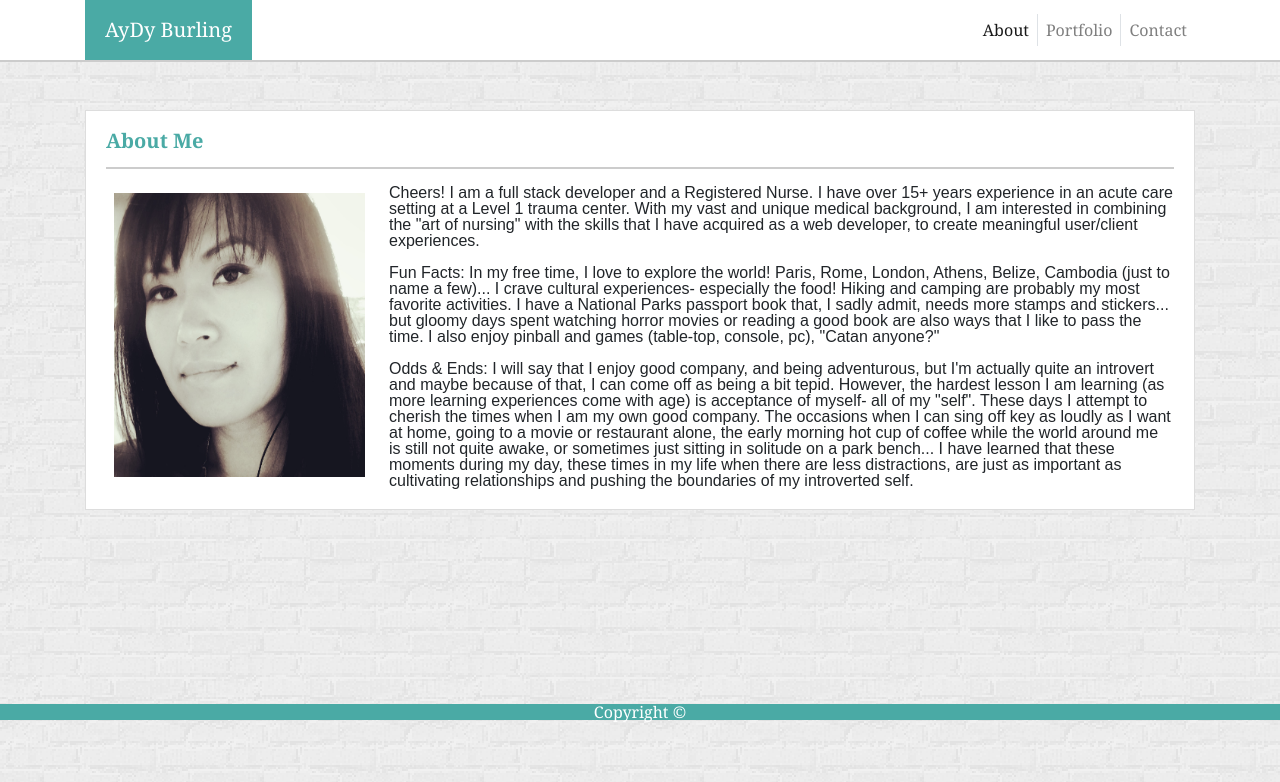
Repository: Dee1985/AyDy-Burling-prework
Page: Module-1_Assessment/index.html
The author's editor kept a copy of each file at every save. The page is drawn from the files as they stood at one save, then again after the next save.
The browser window is 1280 px wide. The pictures show the whole page.

Above is the page before, as saved 2020-05-22 22:23:15.

### Module-1_Assessment/index.html
<!DOCTYPE html>
<html lang="en">
	<head>
		<meta charset="UTF-8" />
		<meta name="viewport" content="width=device-width, initial-scale=1.0" />
		<meta http-equiv="X-UA-Compatible" content="ie=edge" />
		<title>About</title>

		<link
			rel="stylesheet"
			href="https://stackpath.bootstrapcdn.com/bootstrap/4.3.1/css/bootstrap.min.css"
			integrity="sha384-ggOyR0iXCbMQv3Xipma34MD+dH/1fQ784/j6cY/iJTQUOhcWr7x9JvoRxT2MZw1T"
			crossorigin="anonymous"
		/>
		<link rel="stylesheet" href="assets/css/reset.css" />
		<link rel="stylesheet" href="assets/css/style.css" />
	</head>
	<body>
		<nav class="navbar navbar-light navbar-expand-lg p-0 another-card">
			<div class="container">
				<a href="# " class="navbar-brand text-white">AyDy Burling</a>
				<button
					class="navbar-toggler"
					type="button"
					data-toggle="collapse"
					data-target="#navbarTogglerDemo02"
					aria-controls="navbarTogglerDemo02"
					aria-expanded="false"
					aria-label="Toggle navigation"
				>
					<span class="navbar-toggler-icon"></span>
				</button>
				<div class="collapse navbar-collapse" id="navbarTogglerDemo02">
					<ul class="navbar-nav ml-auto mt-2 mt-lg-0">
						<li class="nav-item active">
							<a class="nav-link border-right" href="#">About</a>
						</li>
						<li class="nav-item">
							<a class="nav-link border-right" href="portfolio.html"
								>Portfolio</a
							>
						</li>
						<li class="nav-item">
							<a class="nav-link" href="contact.html" tabindex="-1">Contact</a>
						</li>
					</ul>
				</div>
			</div>
		</nav>

		<section class="another-card">
			<div class="container vh-100">
				<div class="row">
					<div class="col-lg-12 mb-4">
						<div class="card mt-5 rounded-0">
							<div class="card-body">
								<h5 class="card-title">About Me</h5>
								<hr />
								<div class="media">
									<img
										src="assets/img/IMG_0322.JPG"
										width="25%"
										height="300"
										class="mr-3 p-2"
										alt="..."
									/>
									<div class="media-body">
										<p>
											Cheers! I am a full stack developer and a Registered
											Nurse. I have over 15+ years experience in an acute care
											setting at a Level 1 trauma center. With my vast and
											unique medical background, I am interested in combining
											the "art of nursing" with the skills that I have acquired
											as a web developer, to create meaningful user/client
											experiences.
										</p>
										<br />
										<p>
											Fun Facts: In my free time, I love to explore the world!
											Paris, Rome, London, Athens, Belize, Cambodia (just to
											name a few)... I crave cultural experiences- especially
											the food! Hiking and camping are probably my most favorite
											activities. I have a National Parks passport book that, I
											sadly admit, needs more stamps and stickers... but gloomy
											days spent watching horror movies or reading a good book
											are also ways that I like to pass the time. I also enjoy
											pinball and games (table-top, console, pc), "Catan
											anyone?"
										</p>
										<br />
										<p>
											Odds & Ends: I will say that I enjoy good company, and
											being adventurous, but I'm actually quite an introvert and
											maybe because of that, I can come off as being a bit
											tepid. However, the hardest lesson I am learning (as more
											learning experiences come with age) is acceptance of
											myself- all of my "self". These days I attempt to cherish
											the times when I am my own good company. The occasions
											when I can sing off key as loudly as I want at home, going
											to a movie or restaurant alone, the early morning hot cup
											of coffee while the world around me is still not quite
											awake, or sometimes just sitting in solitude on a park
											bench... I have learned that these moments during my day,
											these times in my life when there are less distractions,
											are just as important as cultivating relationships and
											pushing the boundaries of my introverted self.
										</p>
									</div>
								</div>
							</div>
						</div>
					</div>
				</div>
			</div>
		</section>

		<footer>
			<div class="text-center text-white">Copyright &copy;</div>
		</footer>

		<script
			src="https://code.jquery.com/jquery-3.3.1.slim.min.js"
			integrity="sha384-q8i/X+965DzO0rT7abK41JStQIAqVgRVzpbzo5smXKp4YfRvH+8abtTE1Pi6jizo"
			crossorigin="anonymous"
		></script>
		<script
			src="https://cdnjs.cloudflare.com/ajax/libs/popper.js/1.14.7/umd/popper.min.js"
			integrity="sha384-UO2eT0CpHqdSJQ6hJty5KVphtPhzWj9WO1clHTMGa3JDZwrnQq4sF86dIHNDz0W1"
			crossorigin="anonymous"
		></script>
		<script
			src="https://stackpath.bootstrapcdn.com/bootstrap/4.3.1/js/bootstrap.min.js"
			integrity="sha384-JjSmVgyd0p3pXB1rRibZUAYoIIy6OrQ6VrjIEaFf/nJGzIxFDsf4x0xIM+B07jRM"
			crossorigin="anonymous"
		></script>
	</body>
</html>

### Module-1_Assessment/assets/css/style.css
* {
	box-sizing: border-box;
	margin: 0;
	padding: 0;
}

section {
	/* https://www.toptal.com/designers/subtlepatterns/?s=brick */
	background-image: url('../img/brickwall_@2X.png');
	background-position: center;
	overflow: auto;
}

nav {
	font-family: Cambria, Cochin, Georgia, Times, 'Times New Roman', serif;
}

.btn {
	background-color: #4aaaa5;
	border-color: #4aaaa5;
}
.navbar {
	border-bottom: 2px solid #cccccc;
}
a.navbar-brand {
	background-color: #4aaaa5;
	padding: 20px;
	margin: 0;
}
hr {
	border-top: 2px solid;
	border-color: #cccccc;
}

.card {
	font-family: Arial, Helvetica, sans-serif;
	border-color: #dddddd;
}
.card-title {
	font-size: 20px;
	color: #4aaaa5;
	font-family: Cambria, Cochin, Georgia, Times, 'Times New Roman', serif;
	font-weight: bold;
}
.card-heading {
	background-color: #4aaaa5;
	font-size: 16px;
	font-family: Cambria, Cochin, Georgia, Times, 'Times New Roman', serif;
	position: absolute;
	bottom: 5%;
	width: 100%;
	padding-top: 10px;
	padding-bottom: 10px;
}

footer {
	position: fixed;
	left: 0;
	bottom: 0;
	width: 100%;
	background-color: #4aaaa5;
	color: #ffffff;
	font-size: 16px;
	font-family: Georgia, Times, 'Times New Roman', serif;
}

Loaded but not shown: Module-1_Assessment/assets/css/reset.css (common file)

After the next save:
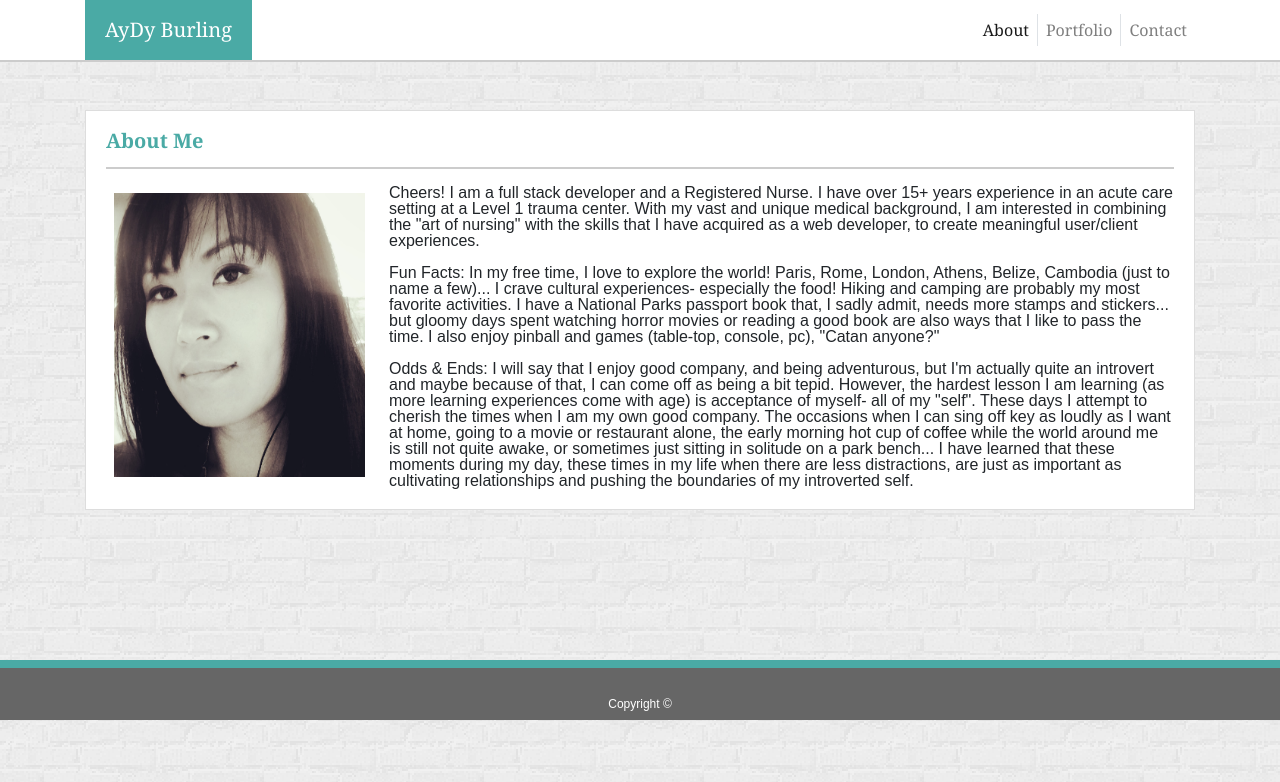
Saved 56 s later.
--- a/Module-1_Assessment/assets/css/style.css
+++ b/Module-1_Assessment/assets/css/style.css
@@ -58,8 +58,12 @@ footer {
 	left: 0;
 	bottom: 0;
 	width: 100%;
-	background-color: #4aaaa5;
+	border-top: 8px solid #4aaaa5;
+	text-align: center;
+	background-color: #666666;
 	color: #ffffff;
-	font-size: 16px;
-	font-family: Georgia, Times, 'Times New Roman', serif;
+	font-family: Arial, 'Helvetica Neue', Helvetica, sans-serif;
+	font-size: 12px;
+	height: 60px;
+	padding-top: 30px;
 }
